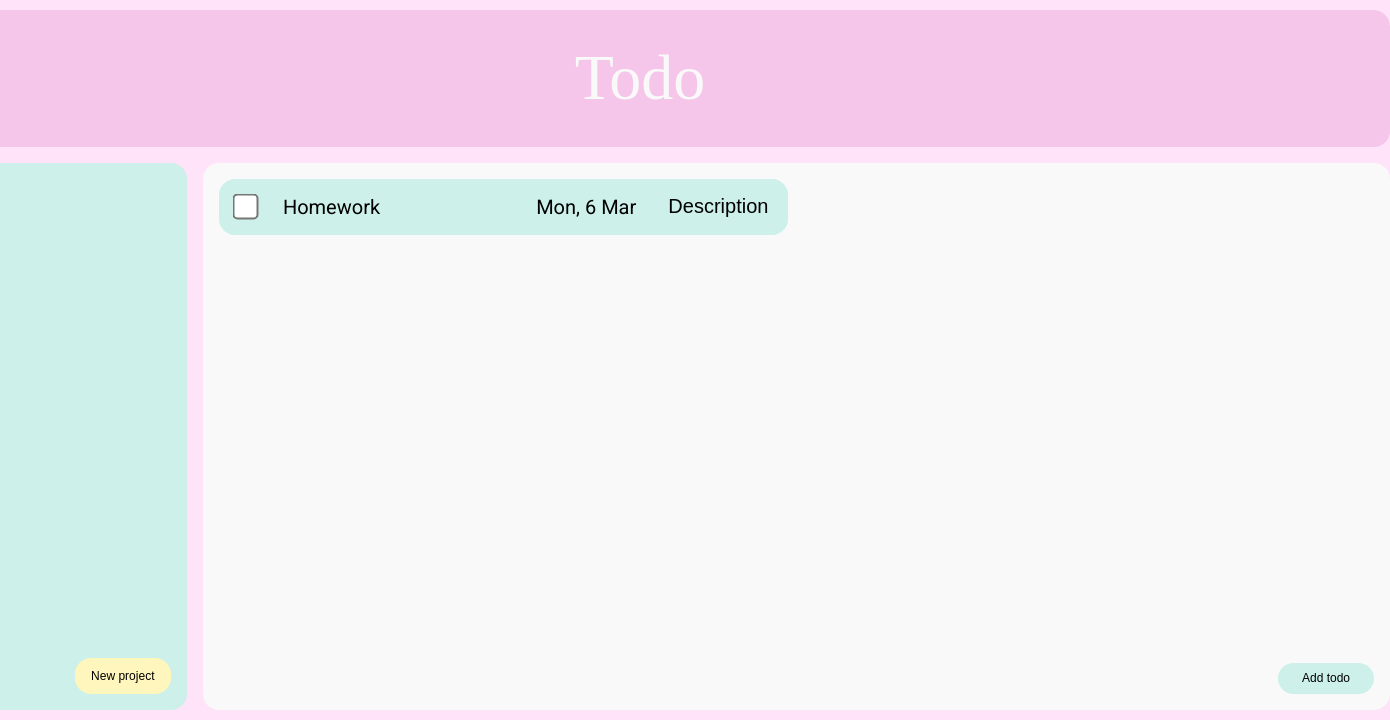
Repository: yeetzpxoci/todo-list
Page: dist/index.html
The author's editor kept a copy of each file at every save. The page is drawn from the files as they stood at one save, then again after the next save.
The browser window is 1280 px wide. The page is 1390 px wide, so the pictures cover 1390 px, including what lies to the right of the window. The pictures show the whole page.
Some web fonts or font styles are not loaded; a fallback is used.

Above is the page before, as saved 2023-03-07 17:00:27.
Console error: ReferenceError: projectNameSubmit is not defined

After the next save:
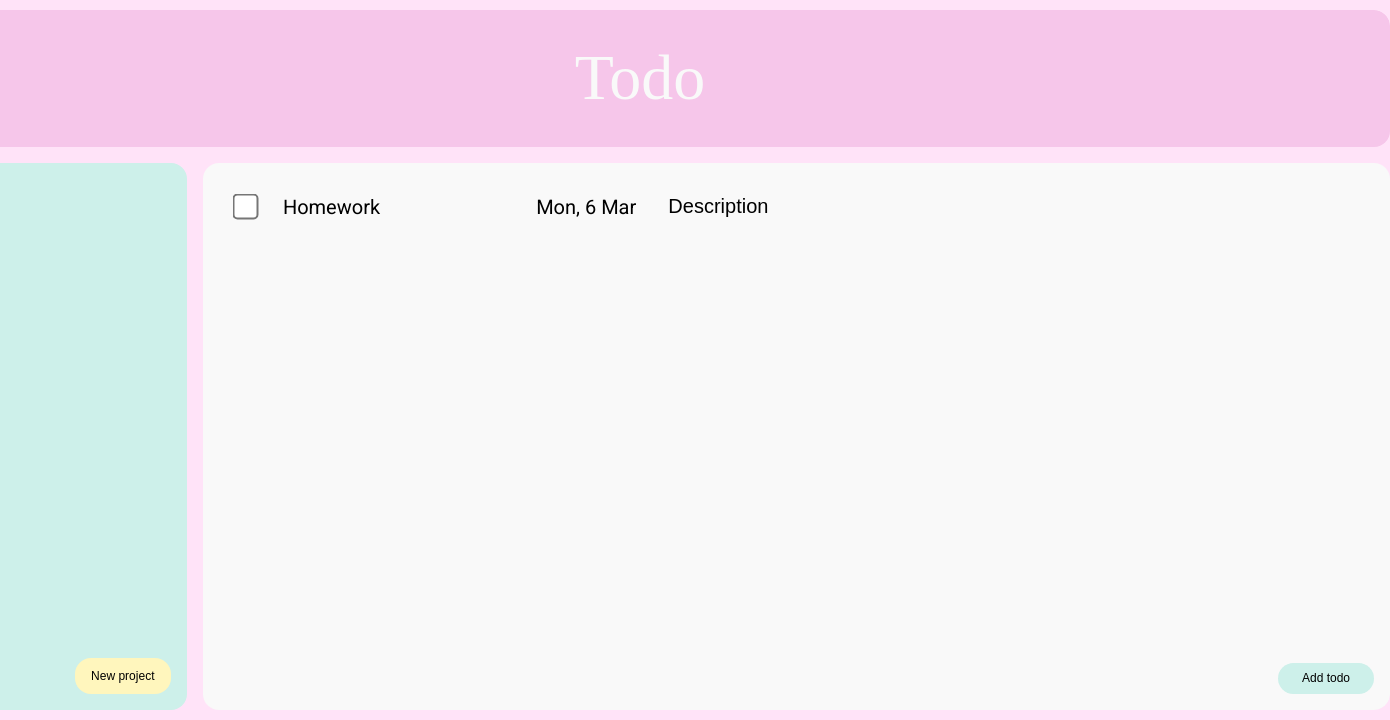
Saved 64 s later.
--- a/dist/styles.css
+++ b/dist/styles.css
@@ -127,7 +127,6 @@ p {
     justify-content: space-between;
     align-items: center;
     height: 60%;
-    background-color: #CDF0EA;
     border-radius: 16px;
     padding-left: 16px;
     padding-right: 16px;
